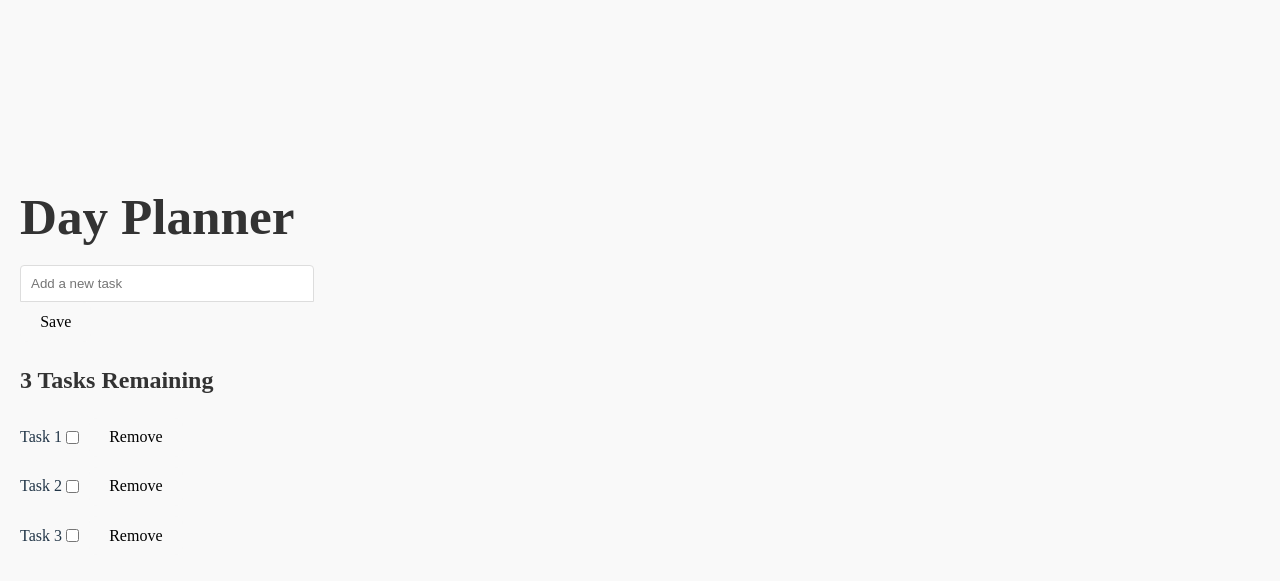
Repository: GavinPahal/Lab7
Page: /
An editor plug-in stored every save of this project. The page is shown before and after the next save, followed by the edit.
The browser window is 1280 px wide. The pictures show the whole page.
The project was rebuilt for these pictures with package versions that can differ from the ones it lists, and the page was loaded fresh each time. Also part of the build but not shown: vite.config.js.

Above is the page before, as saved 2024-10-27 12:31:02.

After the next save:
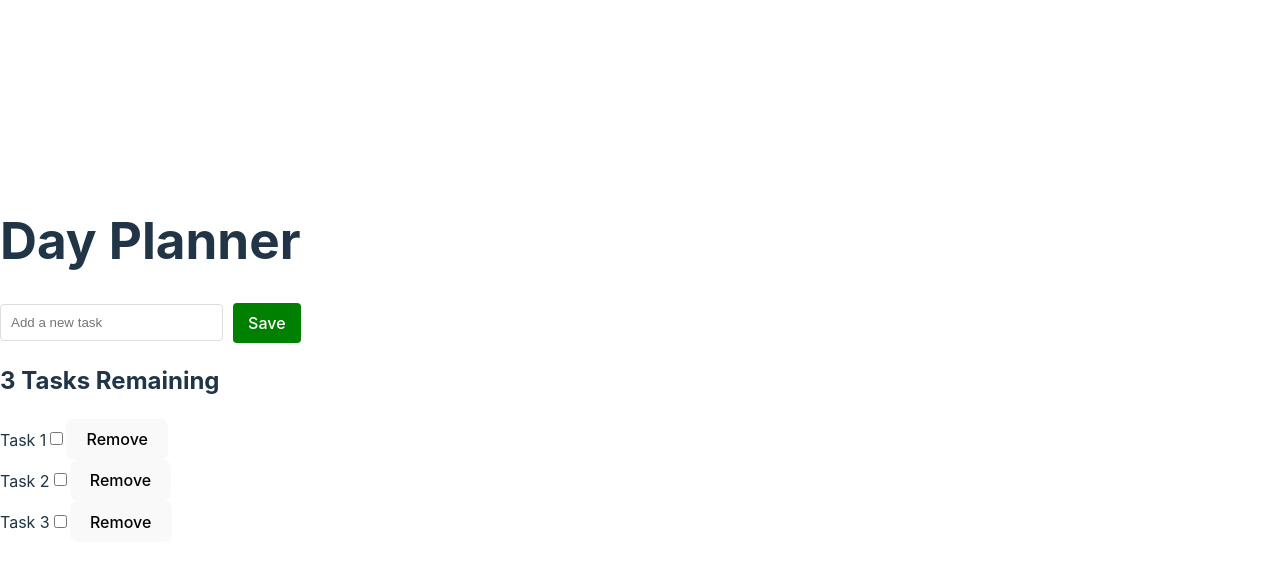
Saved 74 s later.
--- a/src/App.css
+++ b/src/App.css
@@ -1,80 +1,26 @@
-body {
-  font-family: 'Times New Roman', serif;
-  margin: 0;
-  padding: 0;
-  background-color: #f9f9f9;
+.task-form {
+  display: flex; /* Use flexbox for alignment */
+  align-items: center; /* Center items vertically */
+  margin-bottom: 20px; /* Space below the form */
 }
 
-.app {
-  max-width: 400px;
-  margin: 20px auto; /* Adjusted for more space at the top */
-  padding: 20px;
-  text-align: left; /* Align text to the left */
+.task-form input[type="text"] {
+  flex: 1; /* Allow the input to take available space */
+  padding: 10px; /* Same padding for consistency */
+  margin-right: 10px; /* Space between input and button */
+  border: 1px solid #ddd; /* Add border */
+  border-radius: 4px; /* Rounded corners */
 }
 
-h1, h2 {
-  margin-bottom: 20px;
-  color: #333;
-}
-
-.task-list {
-  margin-top: 20px;
-}
-
-.task {
-  display: flex;
-  align-items: center;
-  margin-bottom: 10px; /* Space between tasks */
-}
-
-.task input[type="checkbox"] {
-  margin-right: 10px; /* Space between checkbox and task text */
-}
-
-.task-text {
-  margin-right: 10px; /* Space between task text and button */
-}
-
-.remove-button {
-  background-color: red; /* Red background */
+.task-form button {
+  padding: 10px 15px; /* Adjust padding for button */
+  background-color: green; /* Green background */
   color: white; /* White text */
-  padding: 5px 10px; /* Padding for the button */
   border: none; /* No border */
   cursor: pointer; /* Pointer cursor on hover */
   border-radius: 4px; /* Rounded corners */
 }
 
-.remove-button:hover {
+.task-form button:hover {
   opacity: 0.8; /* Slightly dim when hovered */
 }
-
-/* Style the Save button */
-.save-button {
-  background-color: green; /* Green background */
-  color: white; /* White text */
-  padding: 10px; /* Padding for height */
-  border: none; /* No border */
-  cursor: pointer;
-  font-size: 16px;
-  width: 100%; /* Full width for a rectangle shape */
-  border-radius: 0 0 4px 4px; /* Rounded corners at the bottom */
-}
-
-/* Style input box */
-input[type="text"] {
-  padding: 10px; /* Same height as button */
-  width: calc(100% - 2px); /* Adjust width to prevent overflow */
-  border: 1px solid #ddd; /* Add border */
-  border-radius: 4px 4px 0 0; /* Rounded corners at the top */
-  margin: 0; /* Remove margin */
-}
-
-/* Reset margin and padding for button */
-button {
-  margin: 0; /* No margin to connect with input */
-}
-
-input[type="text"]:focus {
-  outline: none; /* Remove default outline on focus */
-  border-color: green; /* Change border color on focus */
-}
